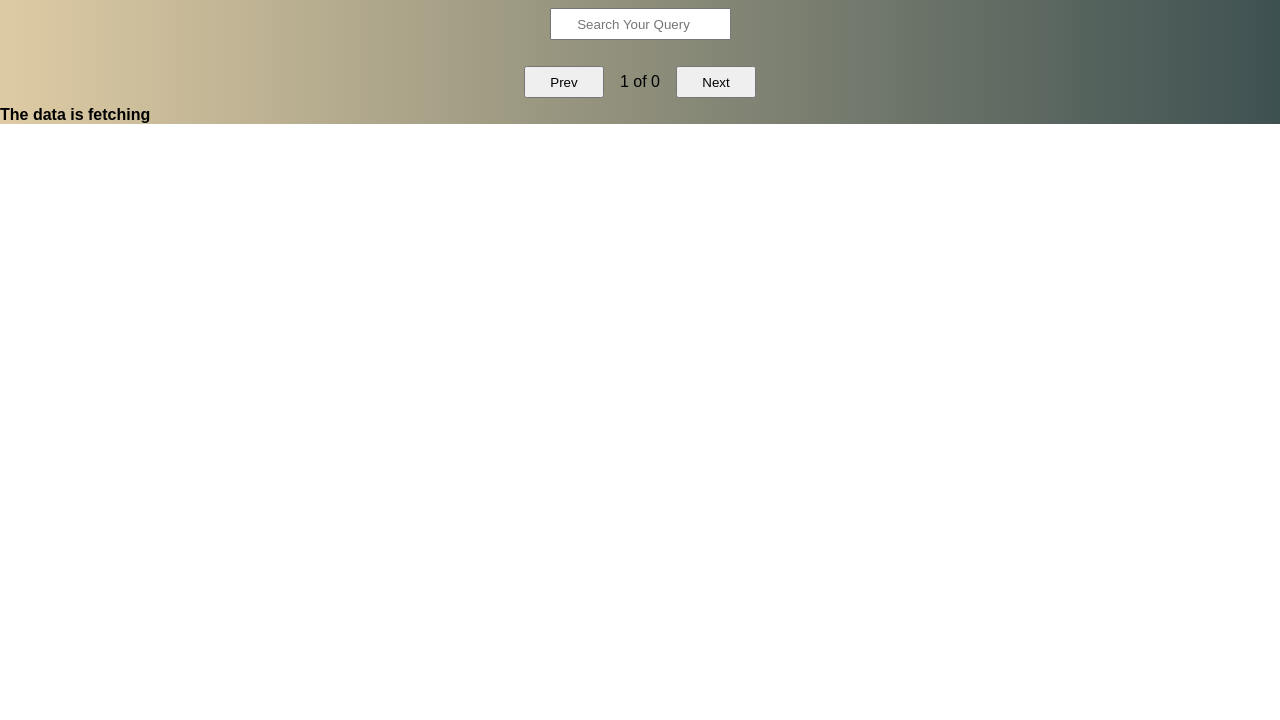
Repository: suraj-yadav7/TechNews
Page: /
An editor plug-in stored every save of this project. The page is shown before and after the next save, followed by the edit.
The browser window is 1280 px wide. The pictures show the whole page.
The page's requests for data from a server got no answer. The project was rebuilt for these pictures with package versions that can differ from the ones it lists, and the page was loaded fresh each time. No one was signed in, and anything a server would have sent is missing.

Above is the page before, as saved 2023-04-28 10:32:45.

After the next save:
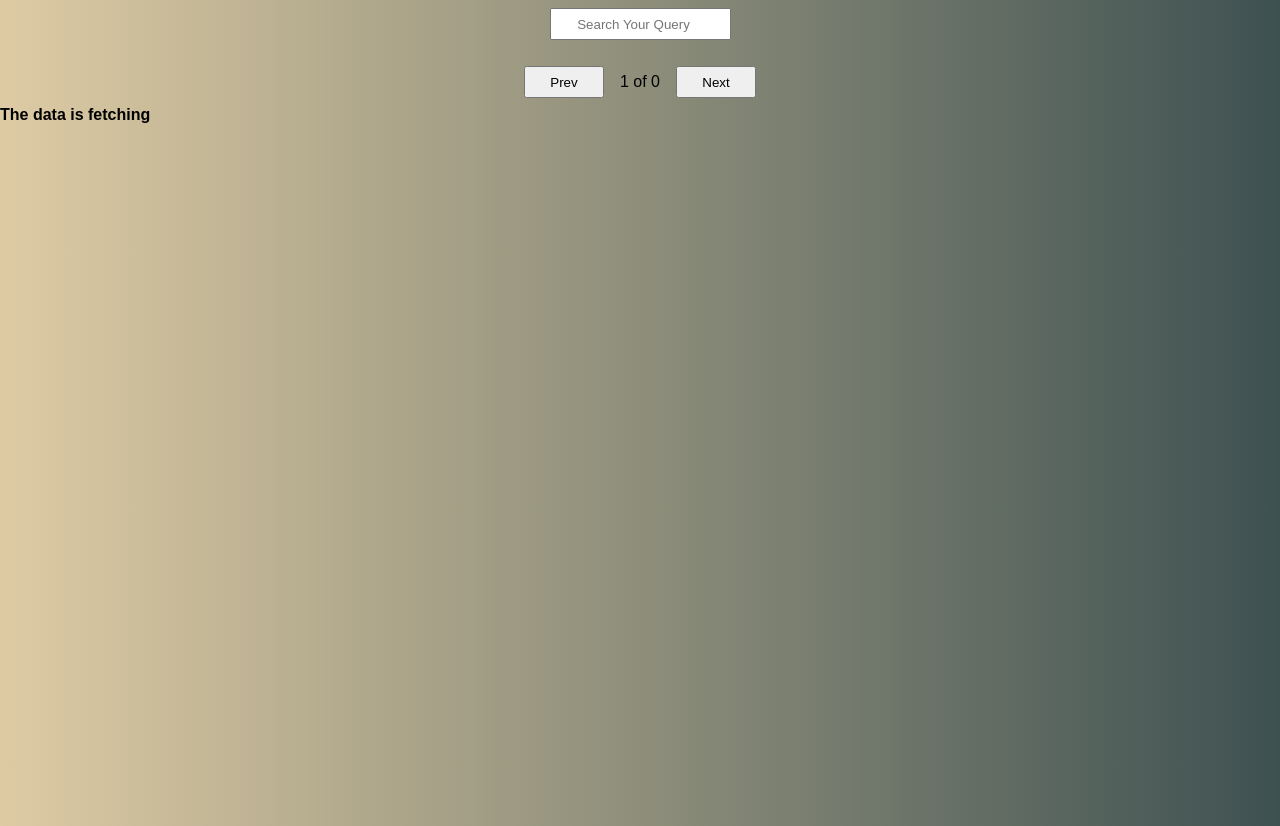
Saved 59 s later.
--- a/src/components/Stories.jsx
+++ b/src/components/Stories.jsx
@@ -8,8 +8,7 @@ const Stories = () => {
 
   if (isLoading) {
     return (
-
-  <div className="Loading" style={{  backgroundImage: "linear-gradient(to right, #DECBA4, #3E5151)"}}>
+  <div className="Loading" style={{  height:"100vh",backgroundImage: "linear-gradient(to right, #DECBA4, #3E5151)"}}>
         <h4>The data is fetching</h4>
       </div>
     )
